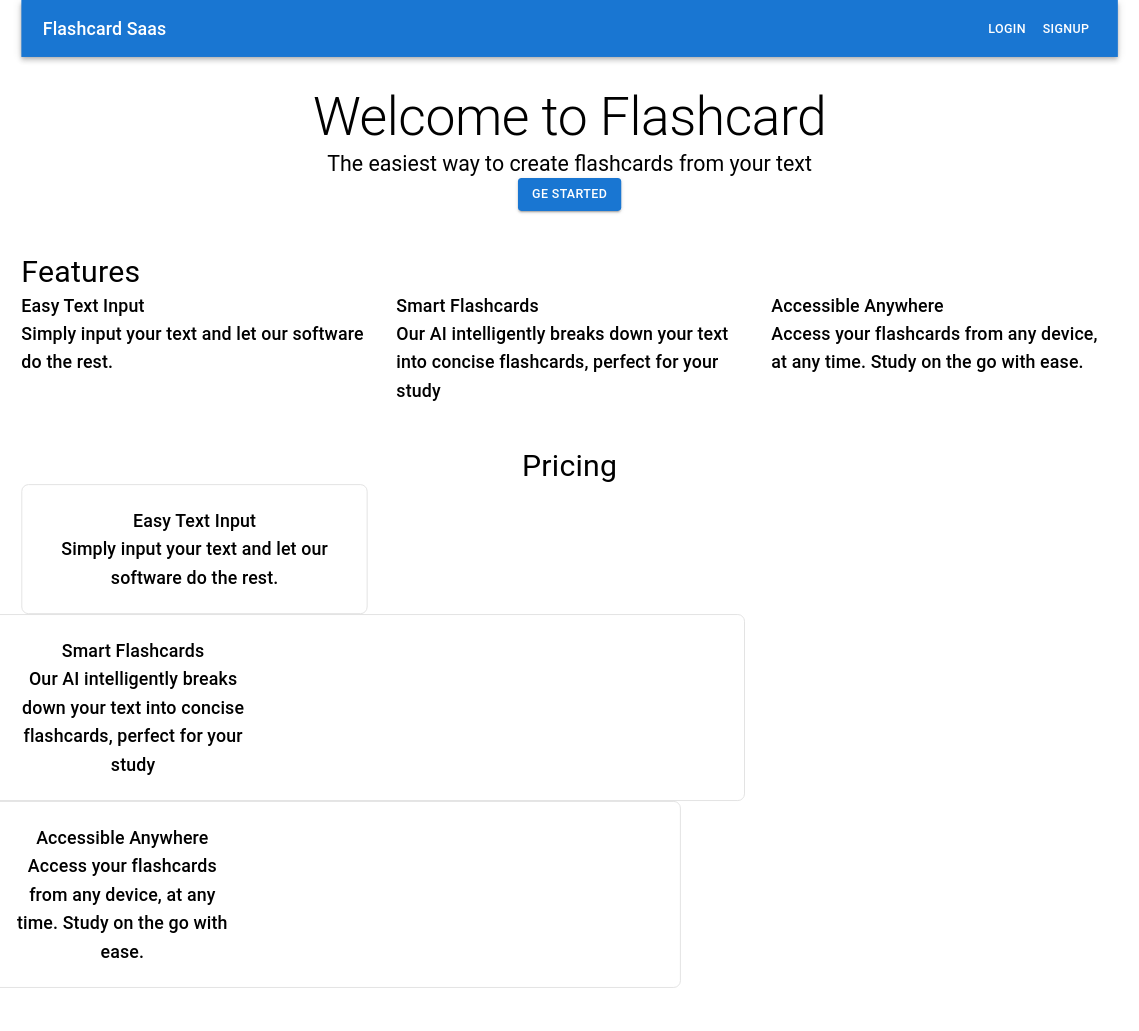
Repository: rakeshpuppala2590/AI-Flashcards-Stripe
Page: /
These files come from the project's save history. The page is drawn as it stood at one moment and after the next save; the edit follows.
The browser window is 1280 px wide. The pictures show the whole page, at 89% of full size.
The page's requests for data from a server got no answer. The project was rebuilt for these pictures with package versions that can differ from the ones it lists, and the page was loaded fresh each time. Some packages were replaced by stand-ins written for this rebuild. The framework's server and built-in components were replaced by stand-ins that run in the browser. No one was signed in, and anything a server would have sent is missing. Also part of the build but not shown: next.config.mjs.

Above is the page before, as saved 2024-08-12 15:06:32.

### src/app/page.js
import getStripe from "../../utils/get-stripe";
import { SignedIn, SignedOut, UserButton } from "@clerk/nextjs";
import Head from "next/head";
import {
  Grid,
  AppBar,
  Button,
  Container,
  Toolbar,
  Typography,
  Box,
} from "@mui/material";

export default function Home() {
  return (
    <Container maxWidth="100vW">
      <Head>
        <title>Flashcard Saas</title>
        <meta
          name="description"
          content="create flashcard from your text"
        ></meta>
      </Head>

      <AppBar position="static">
        <Toolbar>
          <Typography variant="h6" style={{ flexGrow: 1 }}>
            Flashcard Saas
          </Typography>
          <SignedOut>
            <Button color="inherit">Login</Button>
            <Button color="inherit">SignUp</Button>
          </SignedOut>
          <SignedIn>
            <Button>Logout</Button>
          </SignedIn>
        </Toolbar>
      </AppBar>

      <Box
        sx={{
          textAlign: "center",
          my: 4,
        }}
      >
        <Typography variant="h2">Welcome to Flashcard</Typography>
        <Typography variant="h5">
          {" "}
          The easiest way to create flashcards from your text
        </Typography>
        <Button variant="contained" color="primary">
          Ge Started
        </Button>
      </Box>
      <Box sx={{ my: 6 }}>
        <Typography variant="h4">Features</Typography>
        <Grid container spacing={4}>
          <Grid item xs={12} md={4}>
            {" "}
            <Typography variant="h6">Easy Text Input</Typography>
            <Typography variant="h6"> </Typography>
            <Typography variant="h6">
              Simply input your text and let our software do the rest.
            </Typography>
          </Grid>
          <Grid item xs={12} md={4}>
            {" "}
            <Typography variant="h6">Smart Flashcards</Typography>
            <Typography variant="h6"> </Typography>
            <Typography variant="h6">
              Our AI intelligently breaks down your text into concise
              flashcards, perfect for your study
            </Typography>
          </Grid>
          <Grid item xs={12} md={4}>
            {" "}
            <Typography variant="h6">Accessible Anywhere</Typography>
            <Typography variant="h6"> </Typography>
            <Typography variant="h6">
              Access your flashcards from any device, at any time. Study on the
              go with ease.
            </Typography>
          </Grid>
        </Grid>
      </Box>
      <Box sx={{ my: 6, textAlign: "center" }}>
        <Typography variant="h4">Pricing</Typography>
        <Grid container spacing={4}>
          <Grid item xs={12} md={4}>
            <Box
              sx={{
                p: 3,
                border: "1px solid",
                borderColor: "grey.300",
                borderRadius: 2,
              }}
            >
              <Typography variant="h6">Easy Text Input</Typography>
              <Typography variant="h6"> </Typography>
              <Typography variant="h6">
                {" "}
                Simply input your text and let our software do the rest.
              </Typography>
            </Box>
          </Grid>
          <Box
            sx={{
              p: 3,
              border: "1px solid",
              borderColor: "grey.300",
              borderRadius: 2,
            }}
          >
            <Grid item xs={12} md={4}>
              {" "}
              <Typography variant="h6">Smart Flashcards</Typography>
              <Typography variant="h6"> </Typography>
              <Typography variant="h6">
                Our AI intelligently breaks down your text into concise
                flashcards, perfect for your study
              </Typography>
            </Grid>
          </Box>
          <Box
            sx={{
              p: 3,
              border: "1px solid",
              borderColor: "grey.300",
              borderRadius: 2,
            }}
          >
            <Grid item xs={12} md={4}>
              {" "}
              <Typography variant="h6">Accessible Anywhere</Typography>
              <Typography variant="h6"> </Typography>
              <Typography variant="h6">
                Access your flashcards from any device, at any time. Study on
                the go with ease.
              </Typography>
            </Grid>
          </Box>
        </Grid>
      </Box>
    </Container>
  );
}

### utils/get-stripe.js
import { loadStripe } from "@stripe/stripe-js";
let stripePromise;
const getStripe = () => {
  if (!stripePromise) {
    stripePromise = loadStripe(process.env.NEXTJS_PUBLIC_STRIPE_PULIC_KEY);
  }
  return stripePromise;
};
export default getStripe;

Loaded but not shown: src/app/layout.js (common file); src/app/globals.css (common file); tailwind.config.js (common file)

After the next save:
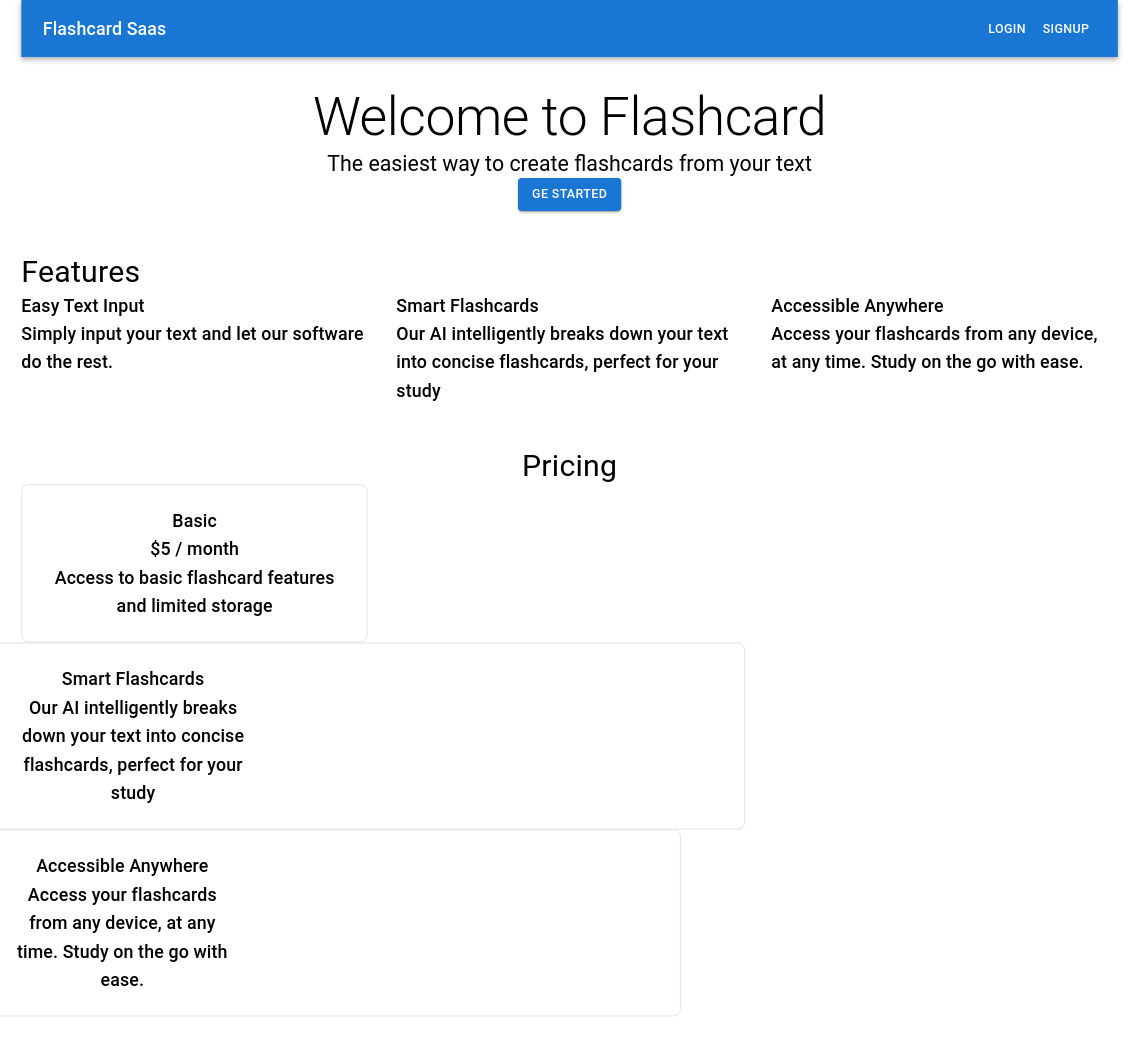
Saved 2 min 46 s later.
--- a/src/app/page.js
+++ b/src/app/page.js
@@ -95,11 +95,11 @@ export default function Home() {
                 borderRadius: 2,
               }}
             >
-              <Typography variant="h6">Easy Text Input</Typography>
-              <Typography variant="h6"> </Typography>
+              <Typography variant="h6">Basic</Typography>
+              <Typography variant="h6">$5 / month </Typography>
               <Typography variant="h6">
                 {" "}
-                Simply input your text and let our software do the rest.
+                Access to basic flashcard features and limited storage
               </Typography>
             </Box>
           </Grid>
